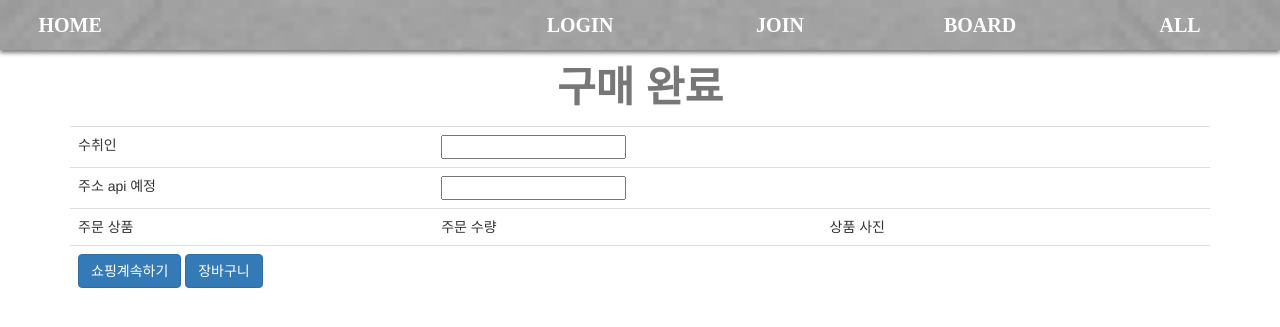
Repository: j-Woody/makers
Page: http://localhost/Makers/WEB-INF/views/porder/porderFin.jsp
These files come from the project's save history. The page is drawn as it stood at one moment and after the next save; the edit follows.
The browser window is 1280 px wide. The pictures show the whole page.
The page is served by Tomcat 9. Nobody is signed in. The template is opened directly, without the code that normally fills it, so the values that code supplies are empty.

Above is the page before, as saved 2019-05-23 12:00:03.
Console error: ReferenceError: $ is not defined

After the next save:
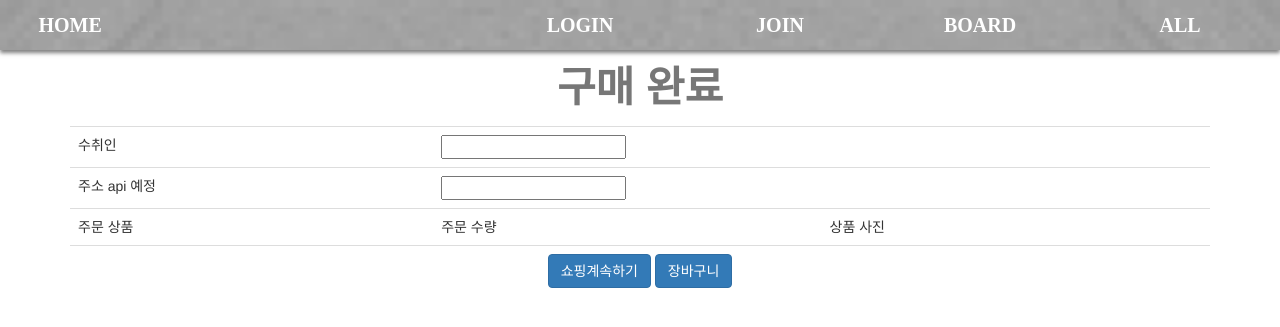
Saved 17 s later.
--- a/Makers/src/main/webapp/WEB-INF/views/porder/porderFin.jsp
+++ b/Makers/src/main/webapp/WEB-INF/views/porder/porderFin.jsp
@@ -65,7 +65,7 @@
   </tr>
   </c:forEach>
   	<tr>
-       <td colspan="3">
+       <td colspan="3" style="text-align: center;">
        <button class="btn btn-primary" onclick="location.href='${conPath}/Product/productList.do'">쇼핑계속하기</button>
        <button class="btn btn-primary" onclick="location.href='${conPath}/Cart/cartView.do?mid=${mem.mid }'">장바구니</button>
        </td>
